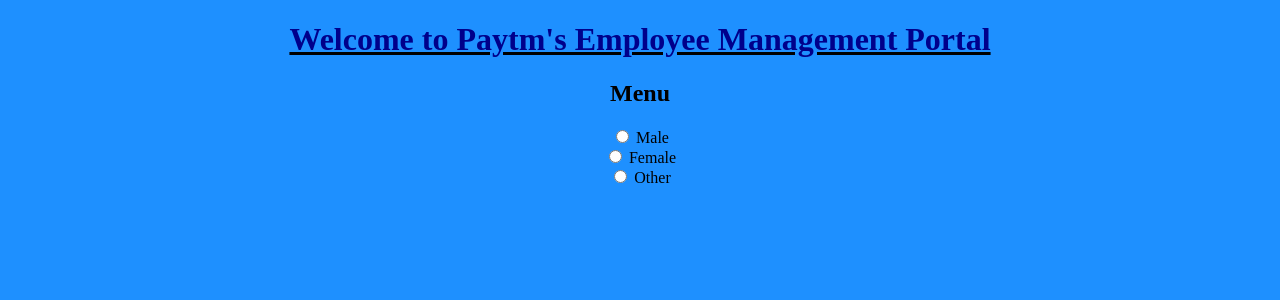
Repository: kimchiLover/BackupProjectsOnPC
Page: eclipse-oauth/ManageEmpApp/WebContent/index.html
An editor plug-in stored every save of this project. The page is shown before and after the next save, followed by the edit.
The browser window is 1280 px wide. The pictures show the whole page.

Above is the page before, as saved 2019-07-18 09:08:03.

### eclipse-oauth/ManageEmpApp/WebContent/index.html
<!DOCTYPE html>
<html>
<head>
<meta charset="UTF-8">
<title>Paytm Emp Portal</title>
</head>
<body style="background-color:DodgerBlue;">
<center>
<u><h1 style="color:DarkBlue;">Welcome to Paytm's Employee Management Portal</h1></u>
<h2>Menu</h2>

<form action="choice" method="post">
  <input type="radio" name="gender" value="male"> Male<br>
  <input type="radio" name="gender" value="female"> Female<br>
  <input type="radio" name="gender" value="other"> Other<br>
</form>

</center>
</body>
</html>

After the next save:
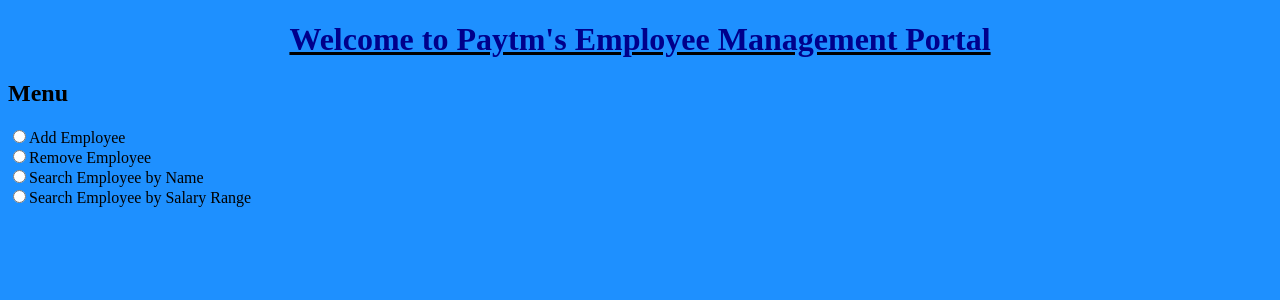
Saved 2 min 32 s later.
--- a/eclipse-oauth/ManageEmpApp/WebContent/index.html
+++ b/eclipse-oauth/ManageEmpApp/WebContent/index.html
@@ -7,14 +7,16 @@
 <body style="background-color:DodgerBlue;">
 <center>
 <u><h1 style="color:DarkBlue;">Welcome to Paytm's Employee Management Portal</h1></u>
+</center>
 <h2>Menu</h2>
 
 <form action="choice" method="post">
-  <input type="radio" name="gender" value="male"> Male<br>
-  <input type="radio" name="gender" value="female"> Female<br>
-  <input type="radio" name="gender" value="other"> Other<br>
+  <input type="radio" name="option" value="male">Add Employee<br>
+  <input type="radio" name="option" value="female">Remove Employee<br>
+  <input type="radio" name="option" value="other">Search Employee by Name<br>
+  <input type="radio" name="option" value="other">Search Employee by Salary Range<br>
 </form>
 
-</center>
+
 </body>
 </html>
